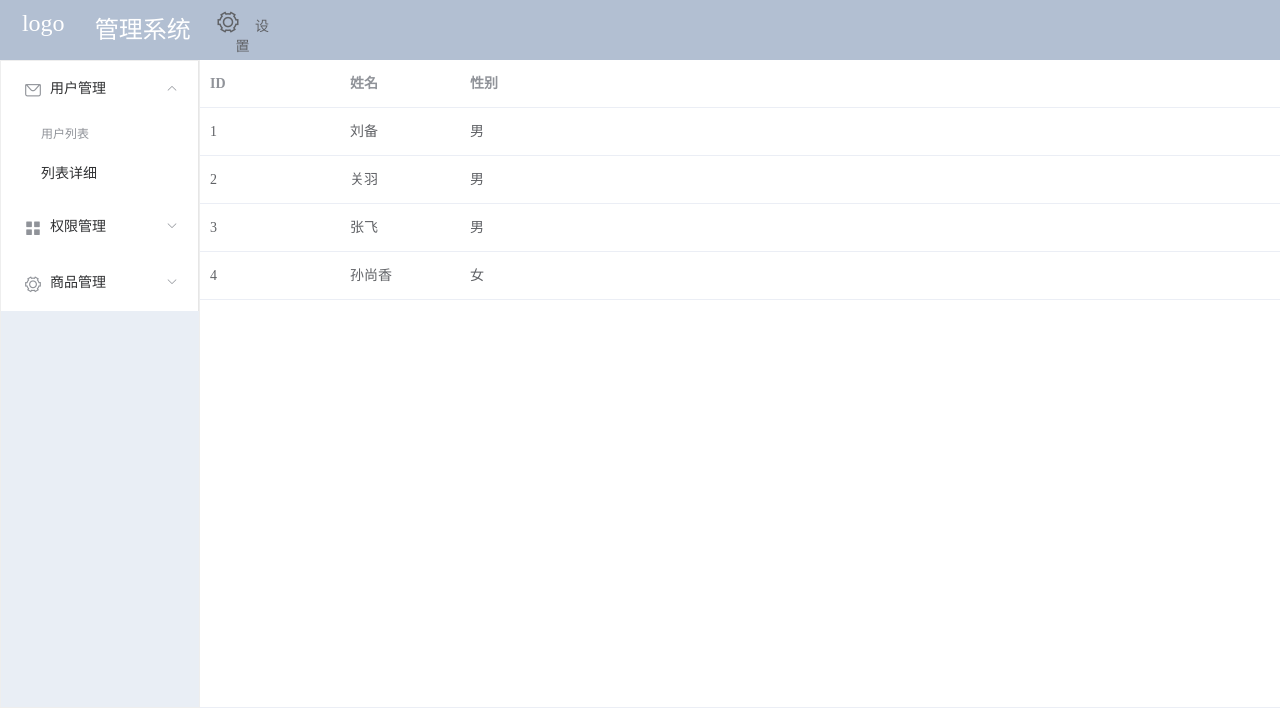
Repository: euphor1azzy/testlist
Page: /#/users (app in list/)
These files come from the project's save history. The page is drawn as it stood at one moment and after the next save; the edit follows.
The browser window is 1280 px wide. The pictures show the whole page.
The project was rebuilt for these pictures with package versions that can differ from the ones it lists, and the page was loaded fresh each time. Requests to the local data server were answered from the project's data file. Also part of the build but not shown: list/src/views/login/login.vue, list/src/components/users/users.vue.

Above is the page before, as saved 2020-08-25 10:24:50.

After the next save:
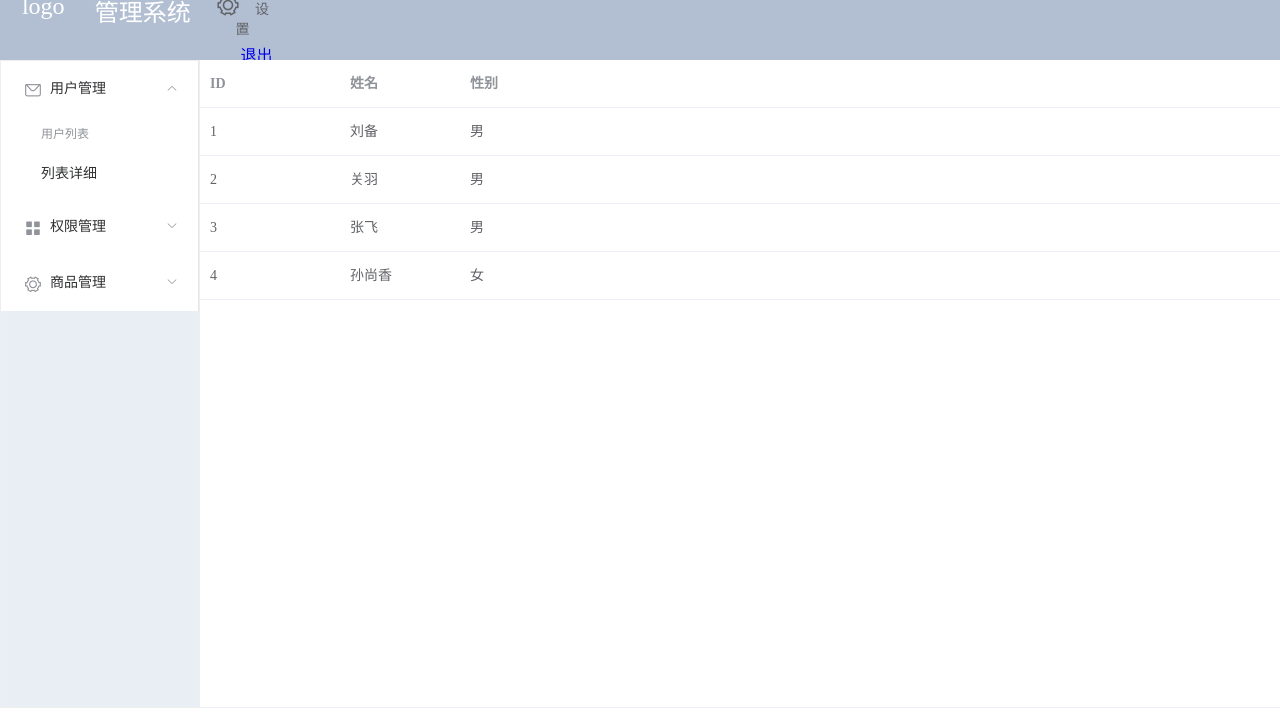
Saved 28 s later.
--- a/list/src/components/common/appnav.vue
+++ b/list/src/components/common/appnav.vue
@@ -35,7 +35,7 @@ export default {
 .nav {
   display: flex;
   justify-content: space-between;
-  align-items: baseline;
+  align-items: center;
   padding: 10px;
   text-align: center;
   font-size: 24px;
